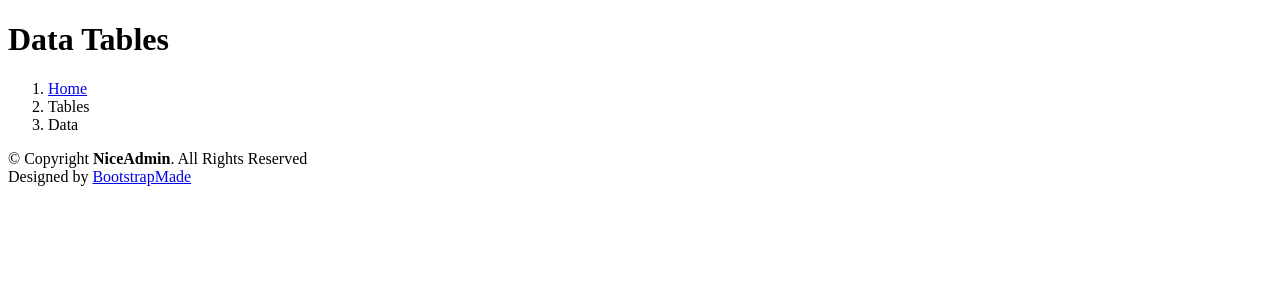
Repository: antsamadagascar/HR-Recruitment
Page: http://localhost/semestre5/application/views/table/annonces_tables.php
These files come from the project's save history. The page is drawn as it stood at one moment and after a run of saves; the edit follows.
The browser window is 1280 px wide. The pictures show the whole page.
The page is run by PHP 8.4 with error messages shown; the project is at /var/www/html/. application/core/MY_Config.php is not in the repository; a stand-in opens the database connection.

Above is the page before, as saved 2024-11-13 16:43:21.
Console error: SyntaxError: Unexpected token '<'

After the next 4 saves:
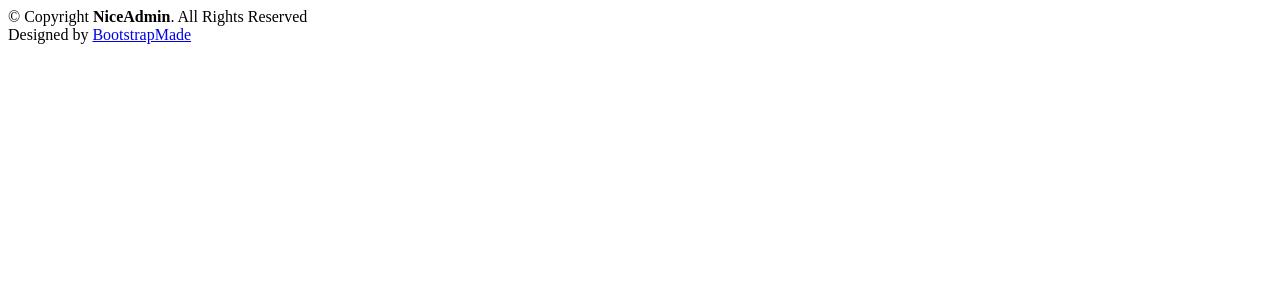
The 4 saves are shown as one change because they came seconds apart.
The last was saved 13 s later.
--- a/application/views/table/annonces_tables.php
+++ b/application/views/table/annonces_tables.php
@@ -39,27 +39,8 @@
 
 <body>
 
-  <!-- ======= Header ======= -->
 
 
-  </aside><!-- End Sidebar-->
-
-  <main id="main" class="main">
-
-    <div class="pagetitle">
-      <h1>Data Tables</h1>
-      <nav>
-        <ol class="breadcrumb">
-          <li class="breadcrumb-item"><a href="index.html">Home</a></li>
-          <li class="breadcrumb-item">Tables</li>
-          <li class="breadcrumb-item active">Data</li>
-        </ol>
-      </nav>
-    </div><!-- End Page Title -->
-
-
-
-  </main><!-- End #main -->
 
   <!-- ======= Footer ======= -->
   <footer id="footer" class="footer">
